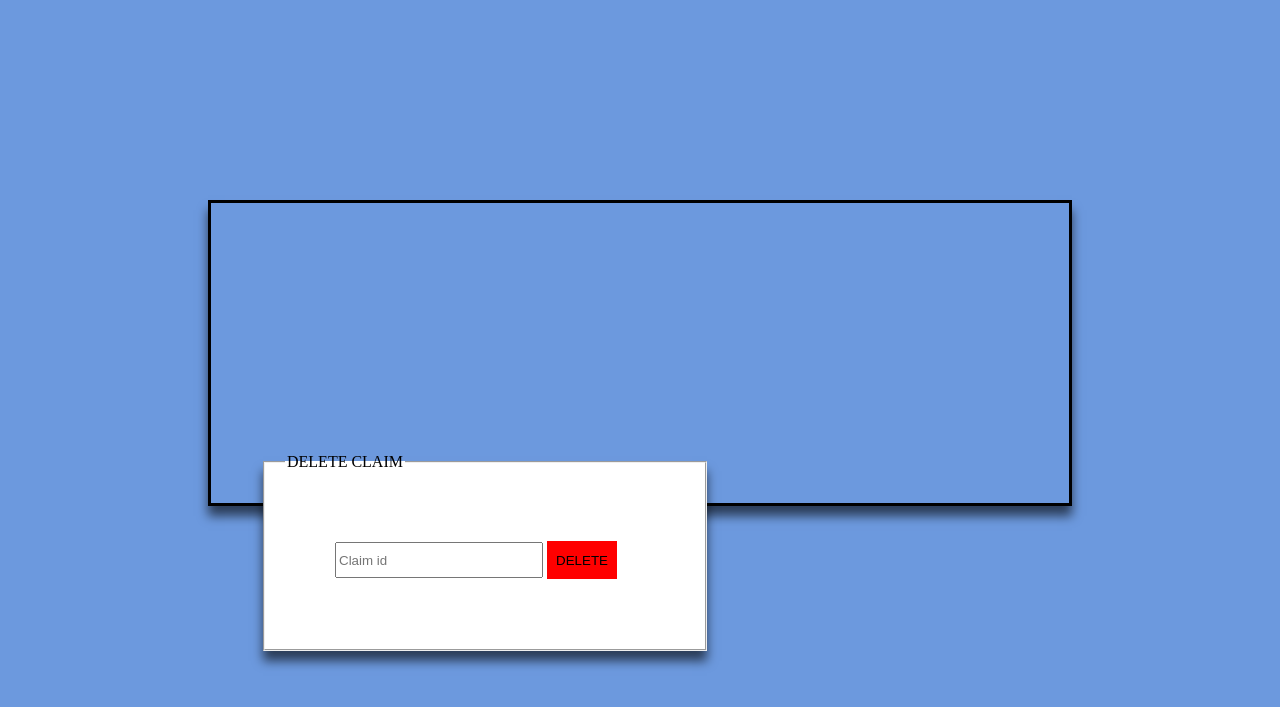
Repository: Nihara-R/Vehicle-Insurance-Portal
Page: http://localhost/delete_claim.php
An editor plug-in stored every save of this project. The page is shown before and after the next save, followed by the edit.
The browser window is 1280 px wide. The pictures show the whole page.
The page is run by PHP 8.4 with error messages shown; the project is at /var/www/html/.

Above is the page before, as saved 2023-06-29 08:59:25.

After the next save:
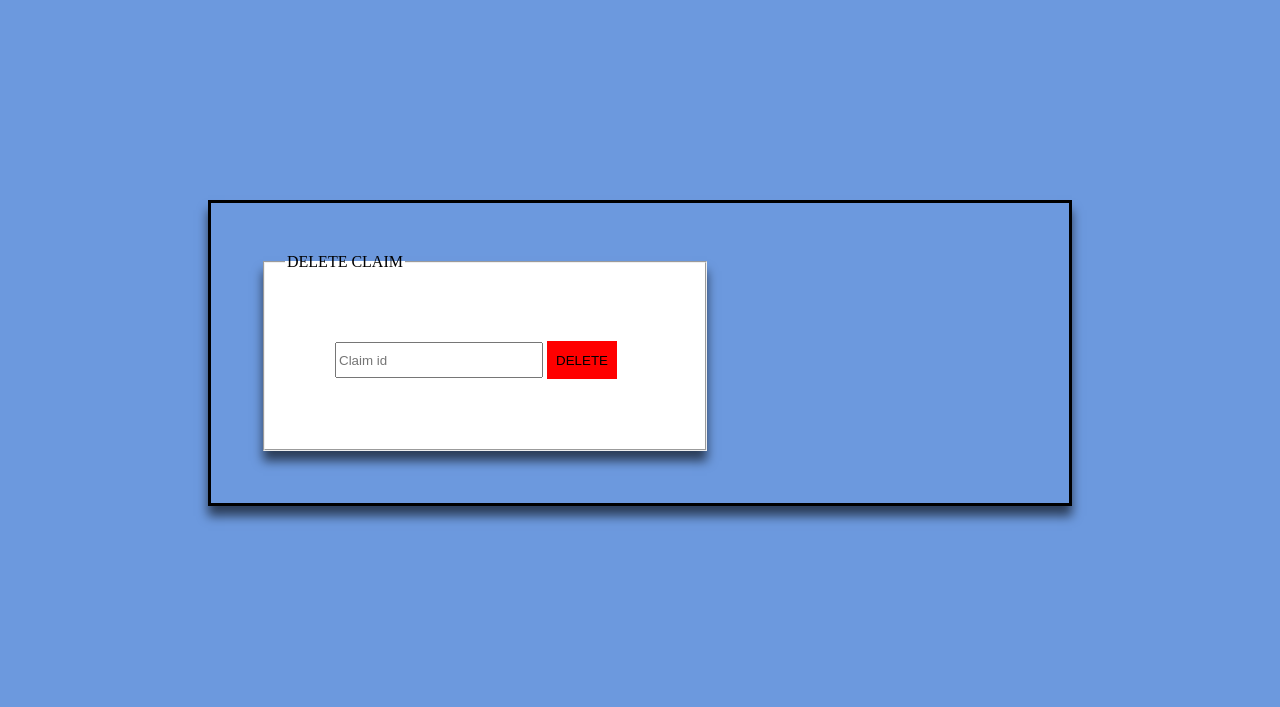
Saved 13 s later.
--- a/css/deletuser.css
+++ b/css/deletuser.css
@@ -17,7 +17,7 @@ fieldset{
   align-items: center;
   justify-content: center;
 
-  margin-top: 200px;
+
   box-shadow: 0 10px 10px rgba(0,0, 0, 0.60);
   background: white;
 }
